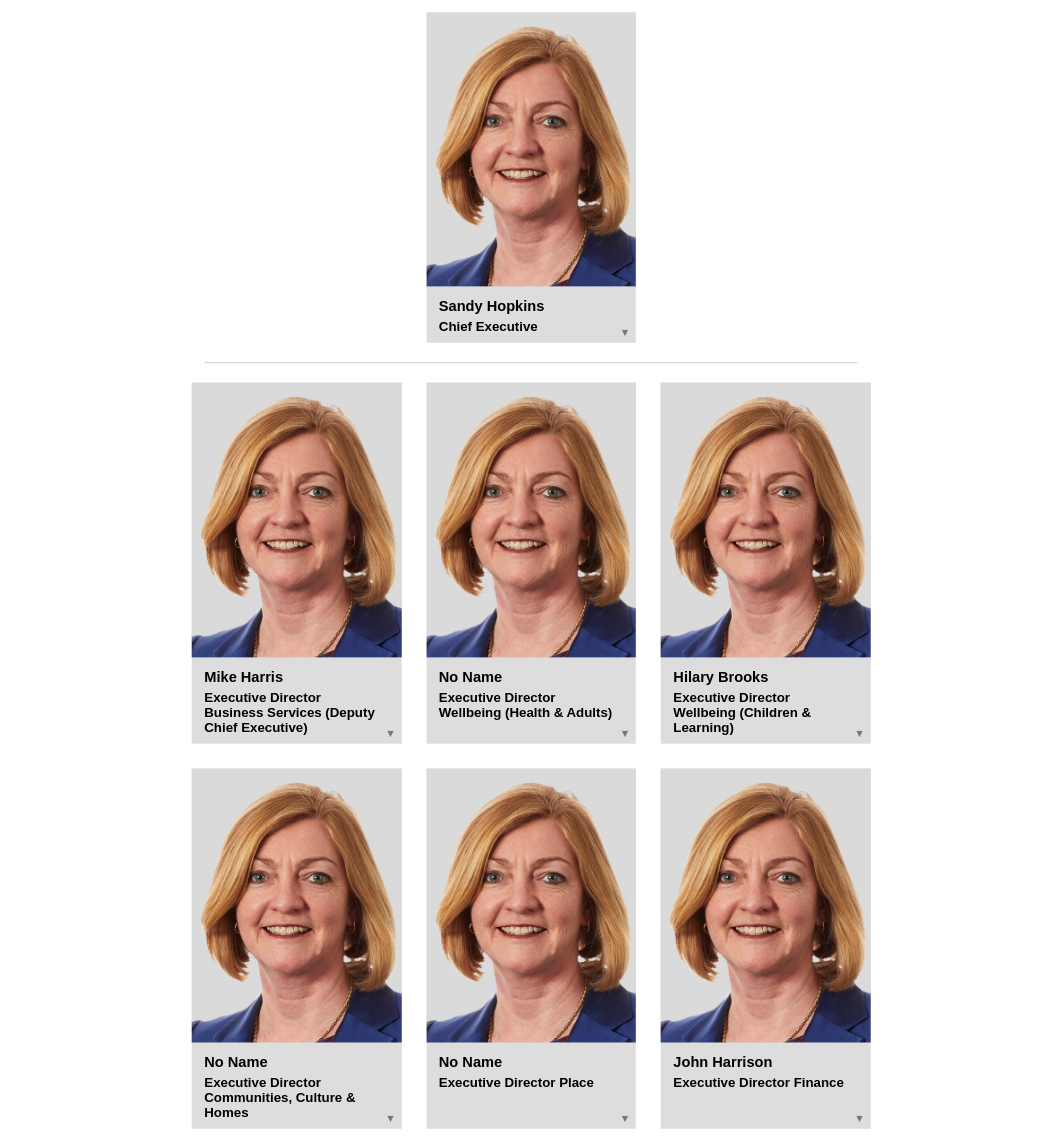
Repository: DigitalExperienceTeam/management
Page: index.html
The author's editor kept a record of every edit. The page is drawn from the files as they stood at one moment, then again after the next edit.
The browser window is 1280 px wide. The pictures show the whole page, at 83% of full size.

Above is the page before.

After the next edit:
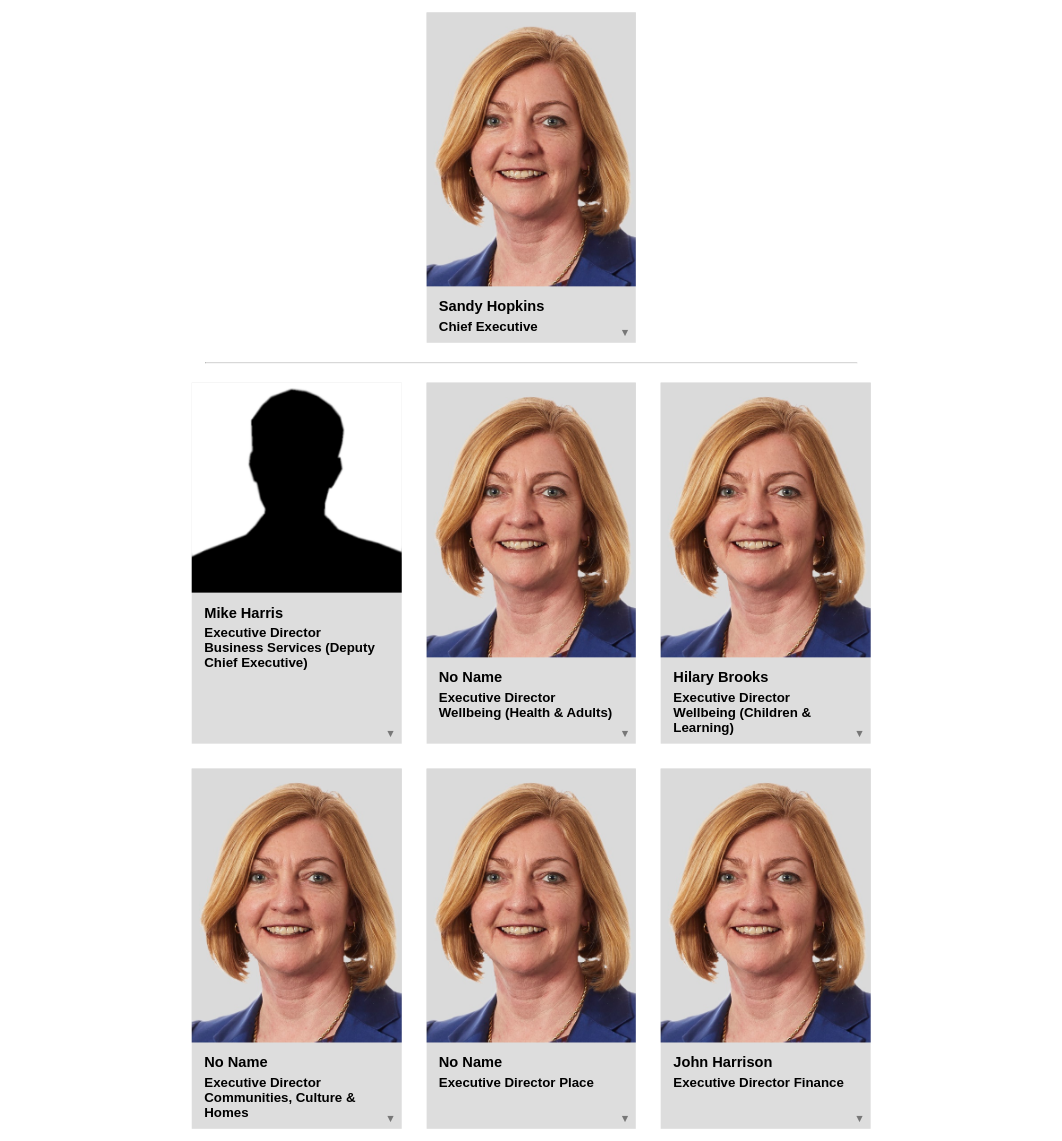
The edit:
--- a/index.html
+++ b/index.html
@@ -36,7 +36,7 @@
 
 
                  <div class="profile lighter">
-               <img class="profile-pic" src="sandy.jpg">
+               <img class="profile-pic" src="Silhouette.png">
             <div class="details">
                 <p class="name">Mike Harris</p>
                 <p class="title">Executive Director Business Services (Deputy Chief Executive)<span class="more">&#9660;</span></p>
